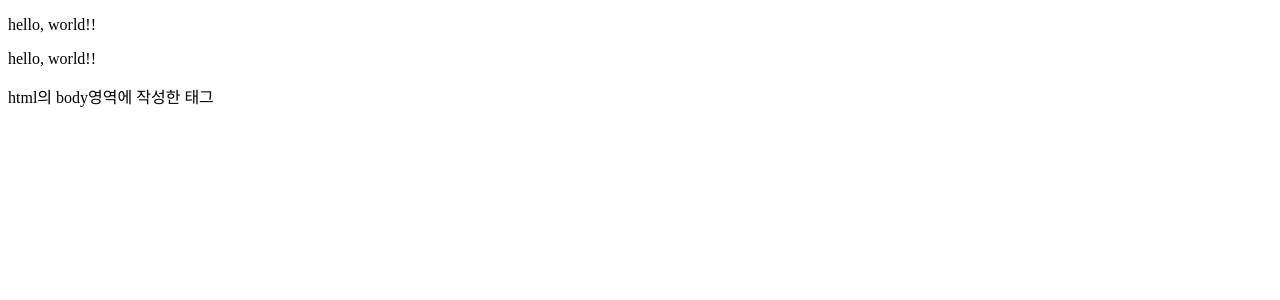
Repository: gwonjunsu95/html5
Page: html5/WebContent/day0405.html
The author's editor kept a copy of each file at every save. The page is drawn from the files as they stood at one save, then again after the next save.
The browser window is 1280 px wide. The pictures show the whole page.

Above is the page before, as saved 2020-04-21 06:27:11.

### html5/WebContent/day0405.html
<!DOCTYPE html>
<html>
<head>
	<meta charset="UTF-8">
	<title>Insert title here</title>
	<script>
		document.write("<p>hello, world!!<p>");
		document.write("<p>hello, world!!<p>");
		console.log("콘솔 사용");







	</script>
</head>
<body>
	<p>html의 body영역에 작성한 태그</p>
</body>
</html>

After the next save:
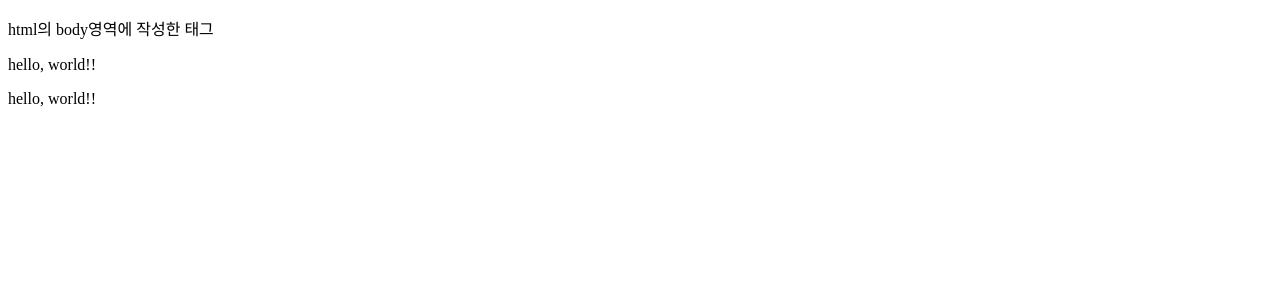
Saved 33 s later.
--- a/html5/WebContent/day0405.html
+++ b/html5/WebContent/day0405.html
@@ -3,6 +3,9 @@
 <head>
 	<meta charset="UTF-8">
 	<title>Insert title here</title>
+</head>
+<body>
+	<p>html의 body영역에 작성한 태그</p>
 	<script>
 		document.write("<p>hello, world!!<p>");
 		document.write("<p>hello, world!!<p>");
@@ -15,8 +18,5 @@
 
 
 	</script>
-</head>
-<body>
-	<p>html의 body영역에 작성한 태그</p>
 </body>
 </html>
